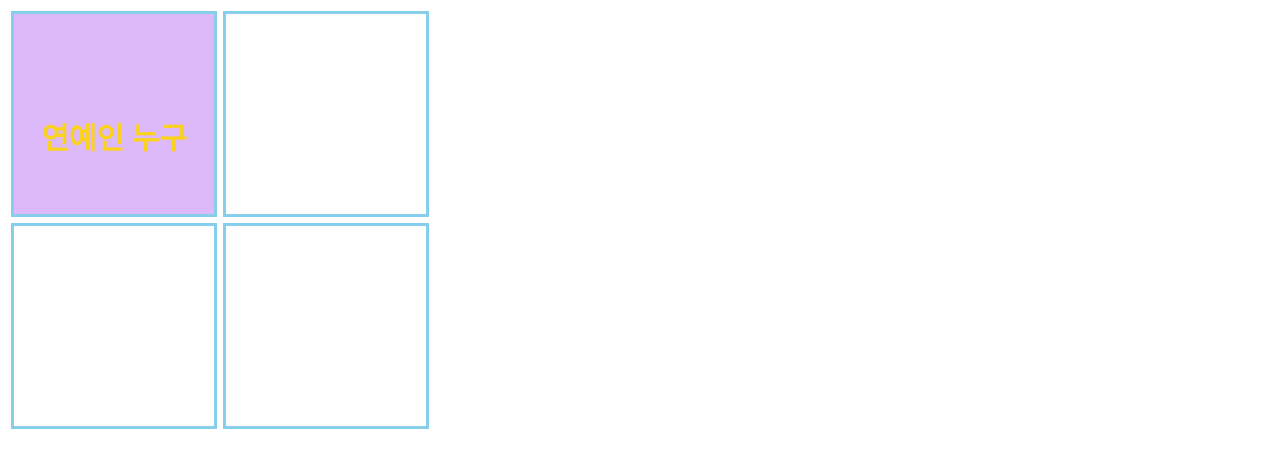
Repository: hojohe/bit-java
Page: 07_css/WebContent/99_exam/exam02.html
An editor plug-in stored every save of this project. The page is shown before and after the next save, followed by the edit.
The browser window is 1280 px wide. The pictures show the whole page.

Above is the page before, as saved 2017-01-25 05:16:39.

### 07_css/WebContent/99_exam/exam02.html
<!DOCTYPE html>
<html>
<head>
<meta charset="EUC-KR">
<title>Insert title here</title>

<style>
	div {
		width: 200px;
		height: 200px;
		border: 3px solid skyblue;
		float: left;
		margin: 3px 3px;
	}

	div.pic1 {
		background-color: #DEB9FA;
		font: bold 30px 굴림;
		font-weight: 700;
		text-align: center;
		color: #FAD21E;
	}
	div > span {
		width: 200px; height: 50px;
		display: block;
		margin-top: 100px;
	}

	div.pic3 {
		clear: both;
	}

</style>

</head>
<body>
	<div class="pic1"><span>연예인 누구</span></div>
	<div class="pic2"></div>
	<div class="pic3"></div>
	<div class="pic4"></div>
</body>
</html>

After the next save:
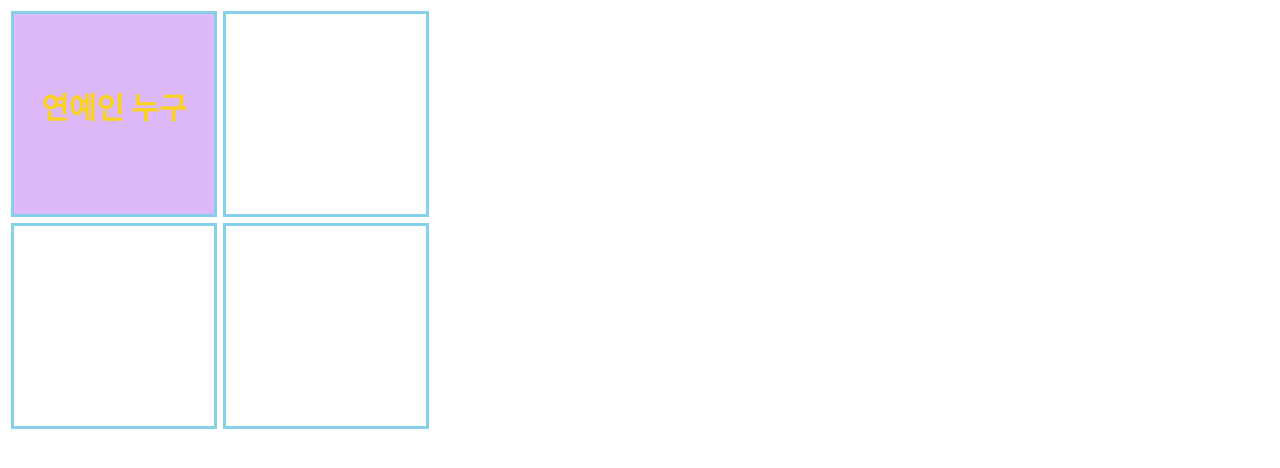
Saved 9 s later.
--- a/07_css/WebContent/99_exam/exam02.html
+++ b/07_css/WebContent/99_exam/exam02.html
@@ -23,7 +23,7 @@
 	div > span {
 		width: 200px; height: 50px;
 		display: block;
-		margin-top: 100px;
+		margin-top: 70px;
 	}
 
 	div.pic3 {
